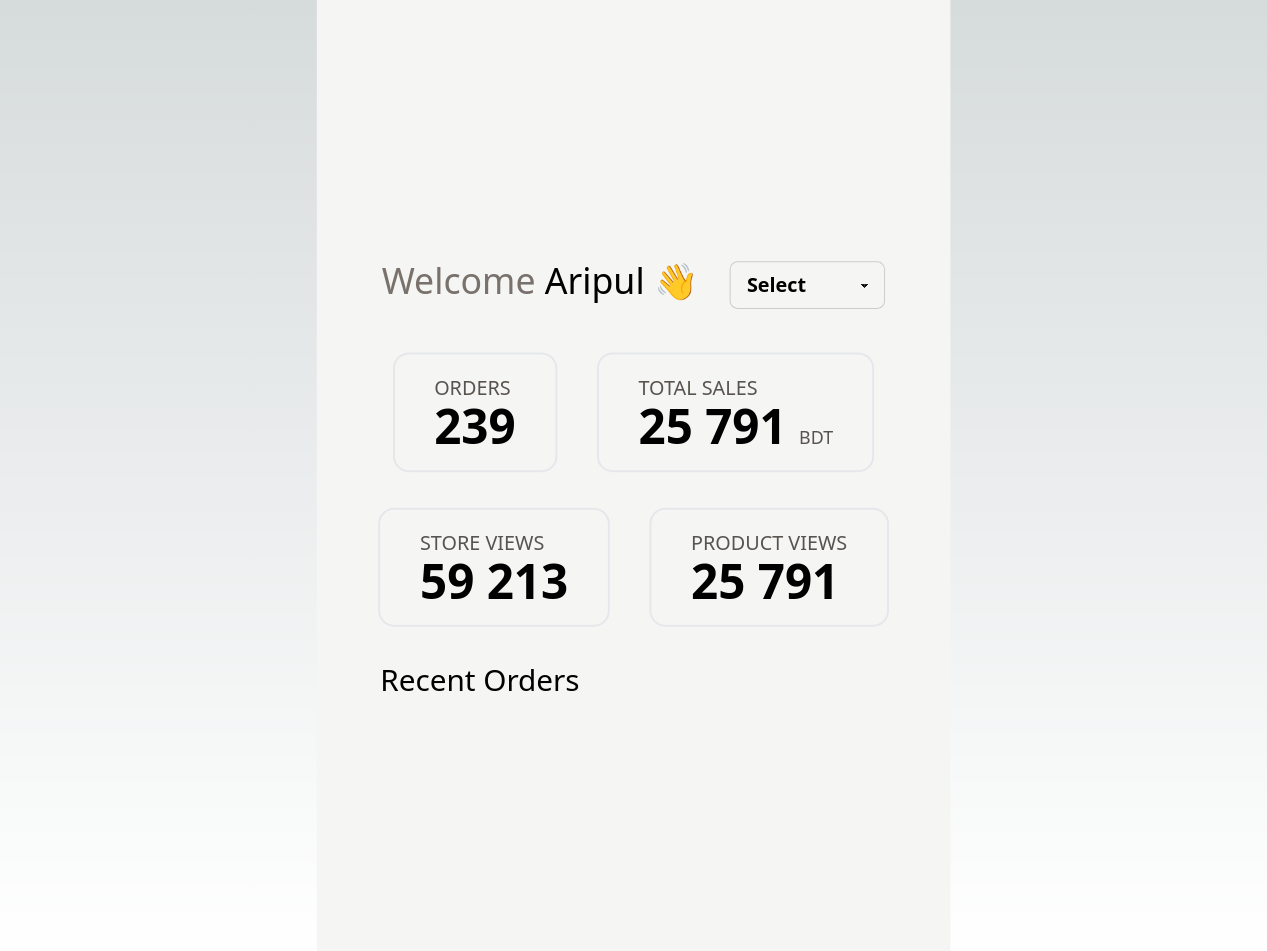
Repository: mehedi9465/nextapp
Page: /Dashboard
These files come from the project's save history. The page is drawn as it stood at one moment and after the next save; the edit follows.
The browser window is 1280 px wide. The pictures show the whole page, at 99% of full size.
The project was rebuilt for these pictures with package versions that can differ from the ones it lists, and the page was loaded fresh each time. The framework's server and built-in components were replaced by stand-ins that run in the browser. Also part of the build but not shown: next.config.js, Components/Navbar.js.

Above is the page before, as saved 2023-03-04 16:02:04.

After the next save:
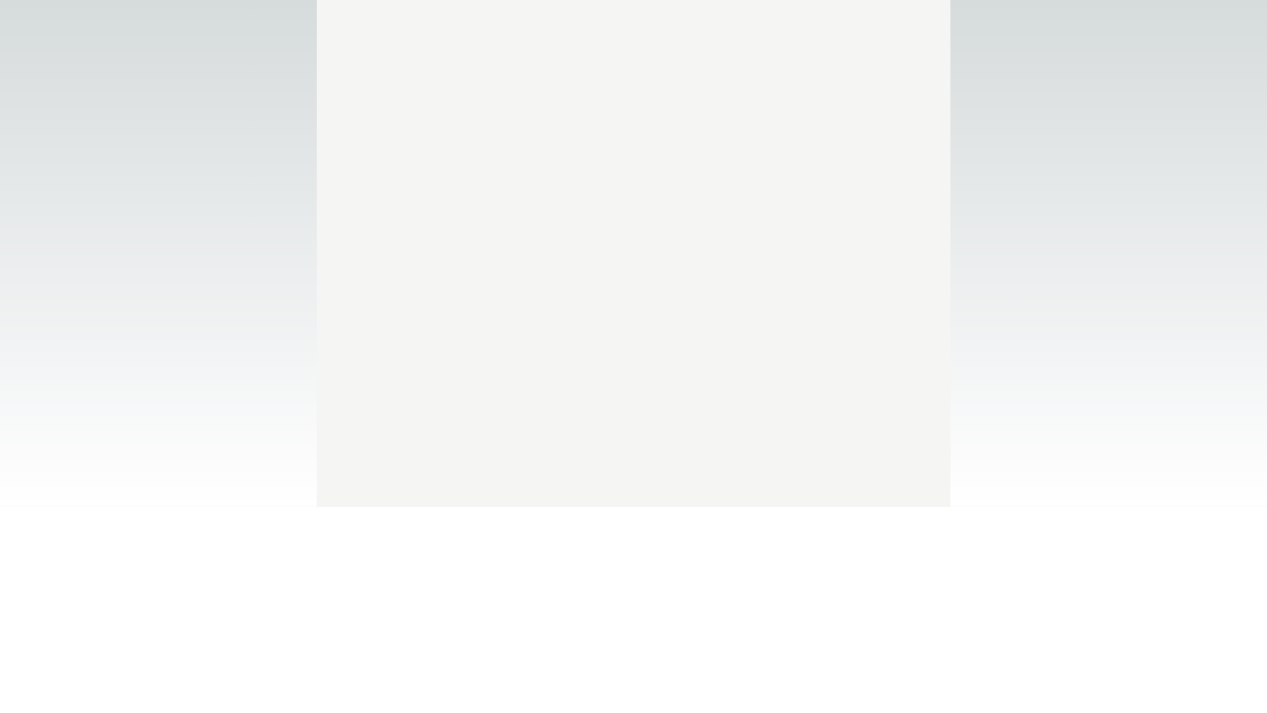
Saved 38 s later.
--- a/pages/Dashboard/index.js
+++ b/pages/Dashboard/index.js
@@ -8,54 +8,7 @@
       {/* <Navbar></Navbar> */}
 
       <div className="max-w-screen-sm py-64 mx-auto bg-stone-100 text-black overflow-hidden">
-        <div className="flex justify-center py-2 mb-9">
-          <p className="text-4xl mx-4">
-            <span className="text-stone-500">Welcome</span> Aripul 👋
-          </p>
-          <select className="select select-bordered text-xl max-w-xs bg-stone-100 outline-0 mx-4">
-            <option disabled selected>
-              Select
-            </option>
-            <option>Today</option>
-            <option>Yesterday</option>
-          </select>
-        </div>
-        <div className="flex justify-center my-9">
-          <div className="border-2 rounded-2xl flex justify-start mx-5 px-10 py-5">
-            <div className="">
-              <p className="uppercase text-stone-600 font-normal text-xl">
-                Orders
-              </p>
-              <p className="text-5xl font-bold">239</p>
-            </div>
-          </div>
-          <div className="border-2 rounded-2xl justify-start mx-5 px-10 py-5 text-left">
-            <p className="uppercase text-stone-600 font-normal text-xl">
-              Total Sales
-            </p>
-            <p className="text-5xl font-bold">
-              25 791{" "}
-              <span className="text-stone-600 font-medium text-lg">BDT</span>
-            </p>
-          </div>
-        </div>
-        <div className="flex justify-center my-9">
-          <div className="border-2 rounded-2xl justify-start mx-5 px-10 py-5">
-            <p className="uppercase text-stone-600 font-normal text-xl">
-              Store views
-            </p>
-            <p className="text-5xl font-bold">59 213</p>
-          </div>
-          <div className="border-2 rounded-2xl justify-start mx-5 px-10 py-5 text-left">
-            <p className="uppercase text-stone-600 font-normal text-xl">
-              Product views
-            </p>
-            <p className="text-5xl font-bold">25 791</p>
-          </div>
-        </div>
-        <div>
-          <h1 className="text-3xl mx-16">Recent Orders</h1>
-        </div>
+
       </div>
     </>
   );

After the save that followed:
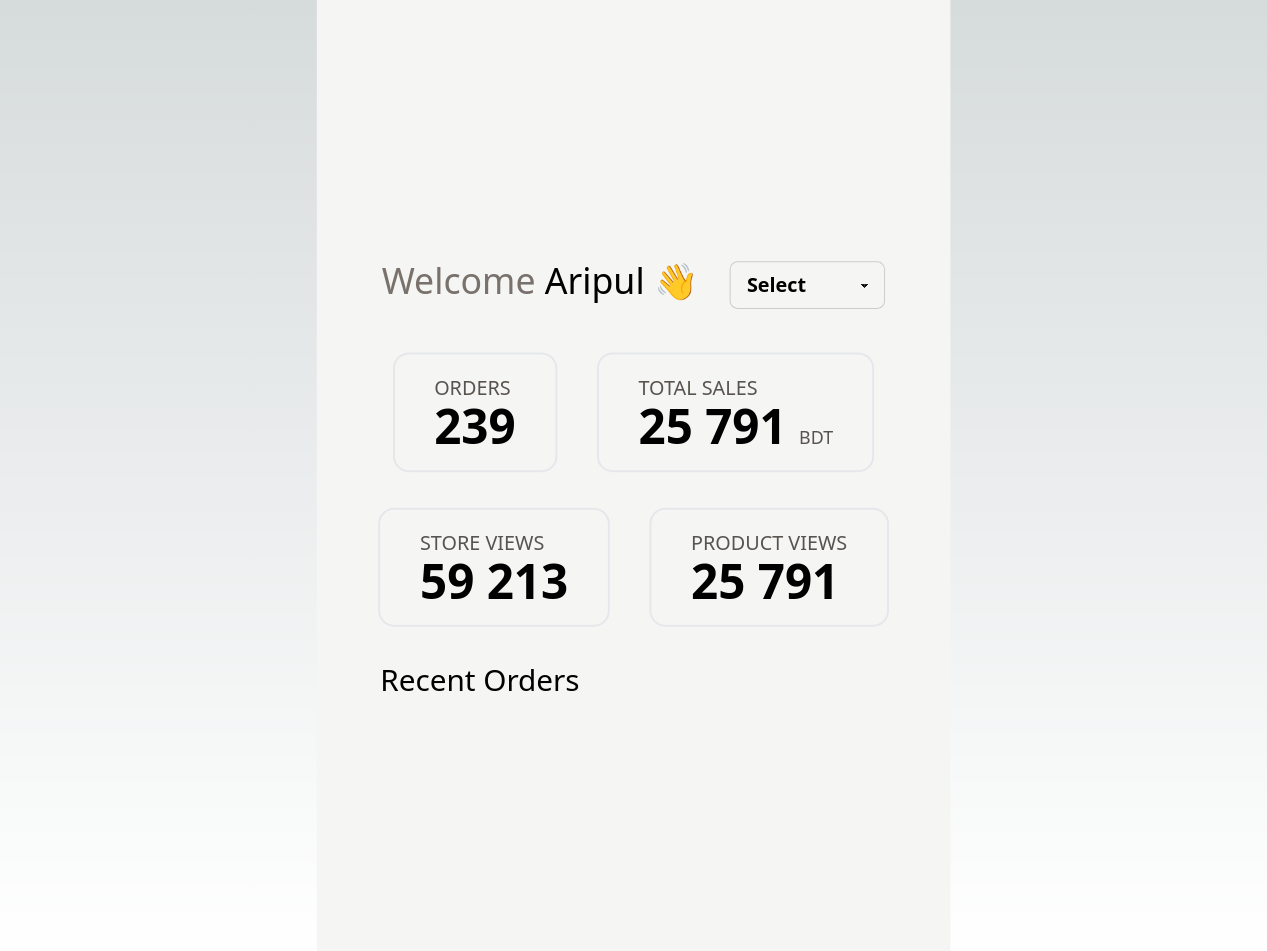
Saved 7 s later.
--- a/pages/Dashboard/index.js
+++ b/pages/Dashboard/index.js
@@ -8,7 +8,56 @@
       {/* <Navbar></Navbar> */}
 
       <div className="max-w-screen-sm py-64 mx-auto bg-stone-100 text-black overflow-hidden">
-
+        <div>
+          <div className="flex justify-center py-2 mb-9">
+            <p className="text-4xl mx-4">
+              <span className="text-stone-500">Welcome</span> Aripul 👋
+            </p>
+            <select className="select select-bordered text-xl max-w-xs bg-stone-100 outline-0 mx-4">
+              <option disabled selected>
+                Select
+              </option>
+              <option>Today</option>
+              <option>Yesterday</option>
+            </select>
+          </div>
+          <div className="flex justify-center my-9">
+            <div className="border-2 rounded-2xl flex justify-start mx-5 px-10 py-5">
+              <div className="">
+                <p className="uppercase text-stone-600 font-normal text-xl">
+                  Orders
+                </p>
+                <p className="text-5xl font-bold">239</p>
+              </div>
+            </div>
+            <div className="border-2 rounded-2xl justify-start mx-5 px-10 py-5 text-left">
+              <p className="uppercase text-stone-600 font-normal text-xl">
+                Total Sales
+              </p>
+              <p className="text-5xl font-bold">
+                25 791{" "}
+                <span className="text-stone-600 font-medium text-lg">BDT</span>
+              </p>
+            </div>
+          </div>
+          <div className="flex justify-center my-9">
+            <div className="border-2 rounded-2xl justify-start mx-5 px-10 py-5">
+              <p className="uppercase text-stone-600 font-normal text-xl">
+                Store views
+              </p>
+              <p className="text-5xl font-bold">59 213</p>
+            </div>
+            <div className="border-2 rounded-2xl justify-start mx-5 px-10 py-5 text-left">
+              <p className="uppercase text-stone-600 font-normal text-xl">
+                Product views
+              </p>
+              <p className="text-5xl font-bold">25 791</p>
+            </div>
+          </div>
+          <div>
+            <h1 className="text-3xl mx-16">Recent Orders</h1>
+          </div>
+        </div>
       </div>
     </>
   );
